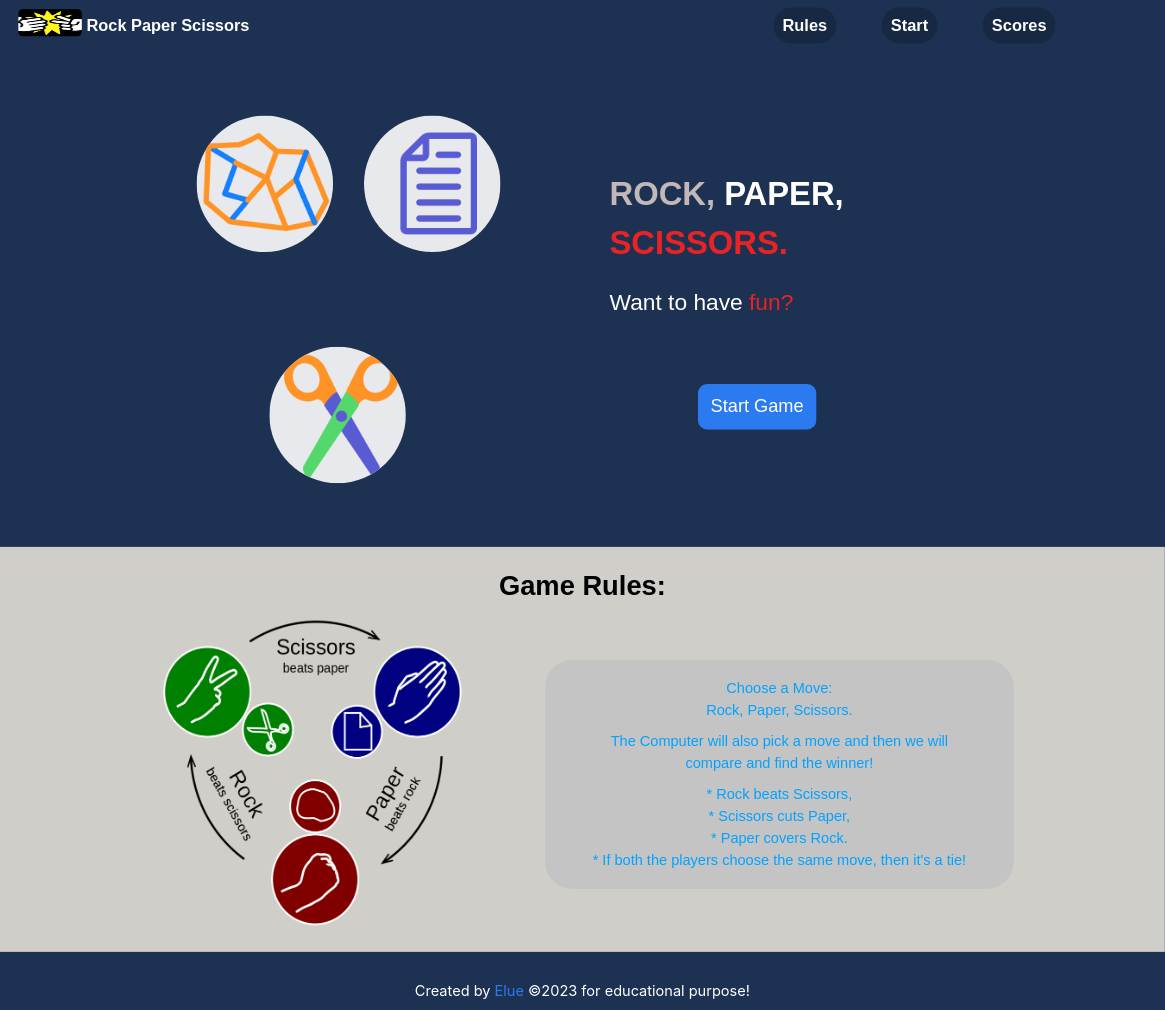
Repository: MikkyPrestige/rock-paper-scissors
Page: index.html
The author's editor kept a copy of each file at every save. The page is drawn from the files as they stood at one save, then again after the next save.
The browser window is 1280 px wide. The pictures show the whole page, at 91% of full size.

Above is the page before, as saved 2023-05-08 06:31:53.

### index.html
<!DOCTYPE html>
<html lang="en">

<head>
  <meta charset="UTF-8">
  <meta http-equiv="X-UA-Compatible" content="IE=edge">
  <meta name="viewport" content="width=device-width, initial-scale=1.0">
  <title>Rock, Paper or Scissors Game</title>
  <link rel="stylesheet" href="./index.css">
  <!-- <script src="./index.js" defer></script> -->
</head>

<body>
  <main>
    <header>
      <figure class="headerLogo">
        <a href="/">
          <img src="./img/logo.png" alt="Logo" class="logo">
        </a>
        <figcaption class="headerLogoCaption">Rock Paper Scissors</figcaption>
      </figure>
      <nav>
        <ul>
          <li><a href="#rule">Rules</a></li>
          <li><a href="./game.html">Start</a></li>
          <li><a href="#">Scores</a></li>
        </ul>
      </nav>
    </header>
    <section class="home">
      <div class="images">
        <img src="./img/Rock.gif" alt="Rock image" class="img rock">
        <img src="./img/Paper.gif" alt="Paper image" class="img paper">
        <img src="./img/Scissors.gif" alt="Scissors image" class="img scissors">
      </div>
      <div class="content">
        <h1 class="content--title"><span class="content-rock">Rock,</span> Paper, <span
            class="content-scissors">Scissors.</span></h1>
        <p class="content--text">Want to have <span class="fun">fun?</span></p>
        <button class="btn">
          <a href="./game.html">Start Game</a>
        </button>
      </div>
    </section>

    <section class="rule" id="rule">
      <div class="rule--container">
        <h2 class="rule--title">Game Rules:</h2>
        <div class="rule--content">
          <img src="./img/image.png" alt="Game image" class="rule--img">
          <div class="rule--para">
            <p class="rule--text">Choose a Move: <br>Rock, Paper, Scissors.</p>
            <p class="rule--text">The Computer will also pick a move and then we will compare and find the winner!</p>
            <p class="rule--text">* Rock beats Scissors, <br> * Scissors cuts Paper, <br> * Paper covers Rock. <br> * If
              both the players choose the same move, then it's a tie!</p>
          </div>
        </div>
        <!-- <button type="submit" class="btn">New Game</button> -->
      </div>
    </section>

    <footer>
      <p class="footer--text">Created by <a href="#" target="_blank" class="footer--link">Elue</a> &copy;2023 for
        educational purpose!</p>
    </footer>
  </main>
</body>

</html>

### index.css
*,
*::after,
*::before {
  box-sizing: border-box;
  margin: 0;
  padding: 0;
}

html {
  font-size: 62.5%;
}

body {
  font-family: "Fira Sans", sans-serif;
  font-size: 1.6rem;
  line-height: 1.5;
  background: rgba(29, 50, 83, 1);
  color: rgba(255, 255, 255, 1);
  width: 100%;
  height: 100%;
}

main {
  display: flex;
  flex-direction: column;
  justify-content: center;
  align-items: center;
  gap: 2rem;
  height: 100%;
  width: 100%;
}

header {
  display: flex;
  justify-content: space-between;
  align-items: center;
  padding: 1rem 2rem;
  width: 100%;
  height: auto;
}

figure {
  display: flex;
  align-items: center;
  gap: .5rem;
  height: auto;
}

.logo {
  width: 7rem;
  height: 3rem;
  border-radius: .5rem;
  -webkit-border-radius: .5rem;
  -moz-border-radius: .5rem;
  -ms-border-radius: .5rem;
  -o-border-radius: .5rem;
}

figcaption {
  font-size: 1.8rem;
  font-weight: 600;
  color: rgba(255, 255, 255, 1);
}

nav {
  height: auto;
  margin-right: 10rem;
}

ul {
  display: flex;
  justify-content: center;
  align-items: center;
  gap: 5rem;
  list-style: none;
}

li a {
  font-size: 1.8rem;
  font-weight: 600;
  color: rgba(255, 255, 255, 1);
  background: linear-gradient(0deg, rgba(0, 0, 0, 0.2), rgba(0, 0, 0, 0.2)), #1D3253;
  text-decoration: none;
  padding: 1rem;
  border-radius: 2rem;
}

li a:hover {
  background: rgba(255, 255, 255, 1);
  color: rgba(29, 50, 83, 1);
  text-decoration: underline;
}

.home {
  display: flex;
  justify-content: center;
  align-items: center;
  width: 100%;
  height: 70vh;
}

.images {
  position: relative;
  height: 100%;
  flex-basis: 30%;
}

.img {
  background: rgba(253, 253, 253, 0.9);
  border-radius: 50%;
  -webkit-border-radius: 50%;
  -moz-border-radius: 50%;
  -ms-border-radius: 50%;
  -o-border-radius: 50%;
  width: 15rem;
  height: 15rem;
}

.rock {
  position: absolute;
  top: 5rem;
  left: 0rem;
}

.paper {
  position: absolute;
  top: 5rem;
  right: 5rem;
}

.scissors {
  position: absolute;
  bottom: 5rem;
  left: 8rem;
}

.content {
  display: flex;
  flex-direction: column;
  justify-content: center;
  align-items: center;
  gap: 2rem;
}

.content--title {
  font-size: 3.6rem;
  font-weight: 600;
  width: 70%;
  text-transform: uppercase;
}

.content-rock {
  color: rgba(195, 183, 183, 1);
}

.content-scissors {
  color: rgba(233, 35, 35, 1);
}

.content--text {
  font-size: 2.5rem;
  font-weight: 400;
  width: 70%;
}

.fun {
  color: rgba(233, 35, 35, 1);
}

.btn {
  width: 13rem;
  height: 5rem;
  background: #2C7AF0;
  border-radius: 1rem;
  -webkit-border-radius: 1rem;
  -moz-border-radius: 1rem;
  -ms-border-radius: 1rem;
  -o-border-radius: 1rem;
  border: none;
  margin-top: 5rem;
  transition: all .3s ease-in-out;
  -webkit-transition: all .3s ease-in-out;
  -moz-transition: all .3s ease-in-out;
  -ms-transition: all .3s ease-in-out;
  -o-transition: all .3s ease-in-out;
}

.btn a {
  text-decoration: none;
  font-size: 2rem;
  color: rgba(255, 255, 255, 1);
  cursor: pointer;
}

.btn a:hover {
  color: rgba(44, 122, 240, 1);
}

.btn:hover {
  background: rgba(255, 255, 255, .7);
}

.rule {
  width: 100%;
  height: 100%;
  background: #D0CEC9;
}

.rule--container {
  display: flex;
  flex-direction: column;
  justify-content: center;
  align-items: center;
  gap: 1rem;
  margin: 2rem;
}

.rule--title {
  font-size: 3rem;
  font-weight: 600;
  color: #000;
}

.rule--content {
  display: flex;
  justify-content: space-around;
  align-items: center;
}

.rule--img {
  width: 35rem;
  height: 35rem;
}

.rule--para {
  background: #C4C4C4;
  width: 50%;
  text-align: center;
  padding: 2rem 5rem;
  border-radius: 3rem;
  -webkit-border-radius: 3rem;
  -moz-border-radius: 3rem;
  -ms-border-radius: 3rem;
  -o-border-radius: 3rem;
  display: flex;
  flex-direction: column;
  justify-content: center;
  align-items: center;
  gap: 1rem;
}

.rule--text {
  color: rgba(0, 163, 255, 1);
}

.game {
  display: flex;
  flex-direction: column;
  justify-content: center;
  align-items: center;
  gap: 2rem;
  width: 100%;
  height: 100%;
}

.game--title {
  font-size: 3rem;
  font-weight: 600;
  margin: 2rem;
}

footer {
  margin: 1rem auto;
}

.footer--text {
  font-family: "Inter";
}

.footer--link {
  color: rgba(44, 122, 240, 1);
  text-decoration: none;
}

After the next save:
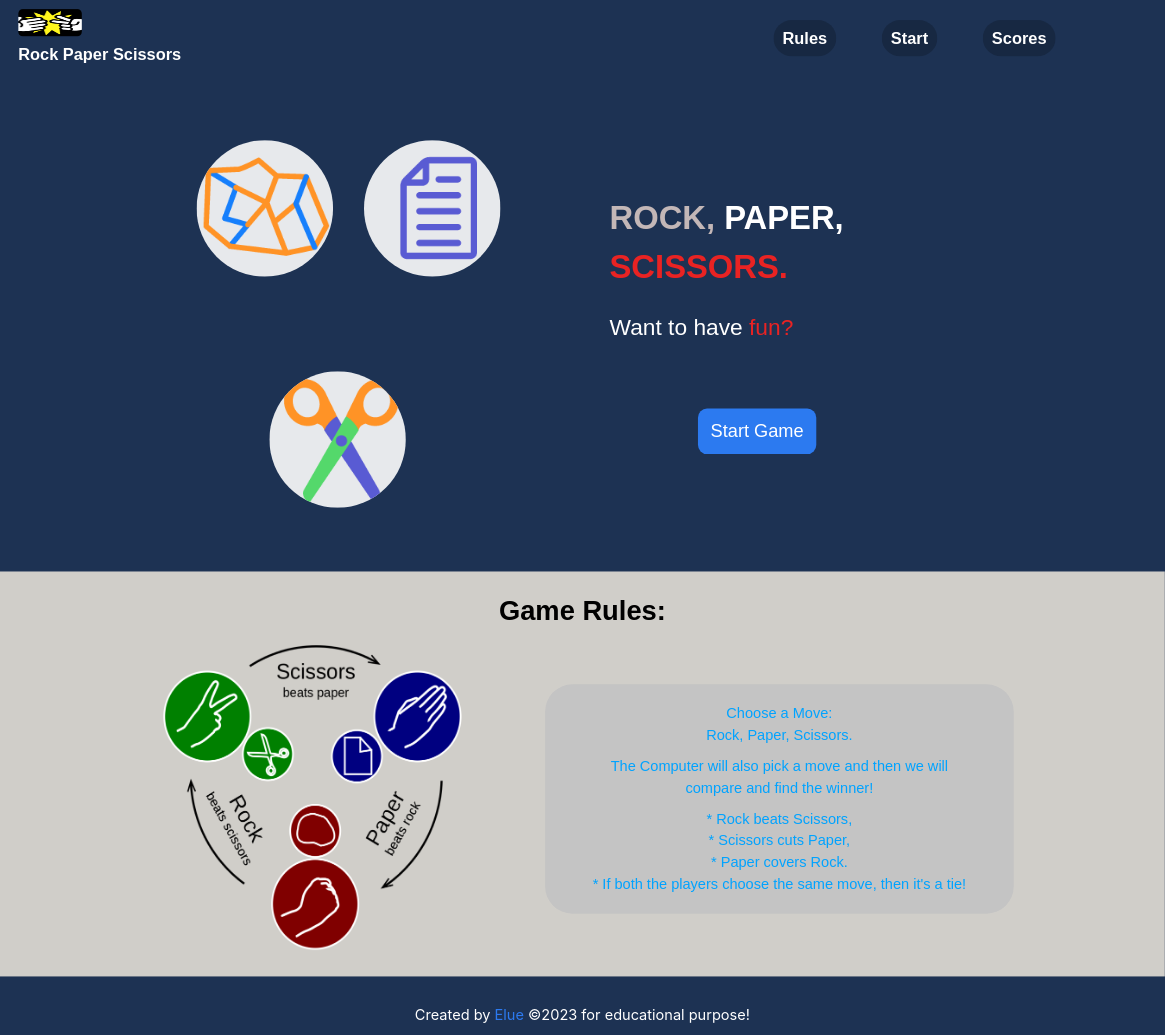
Saved 7 s later.
--- a/index.css
+++ b/index.css
@@ -39,7 +39,7 @@
   height: auto;
 }
 
-figure {
+figur {
   display: flex;
   align-items: center;
   gap: .5rem;

After the 2 saves that followed:
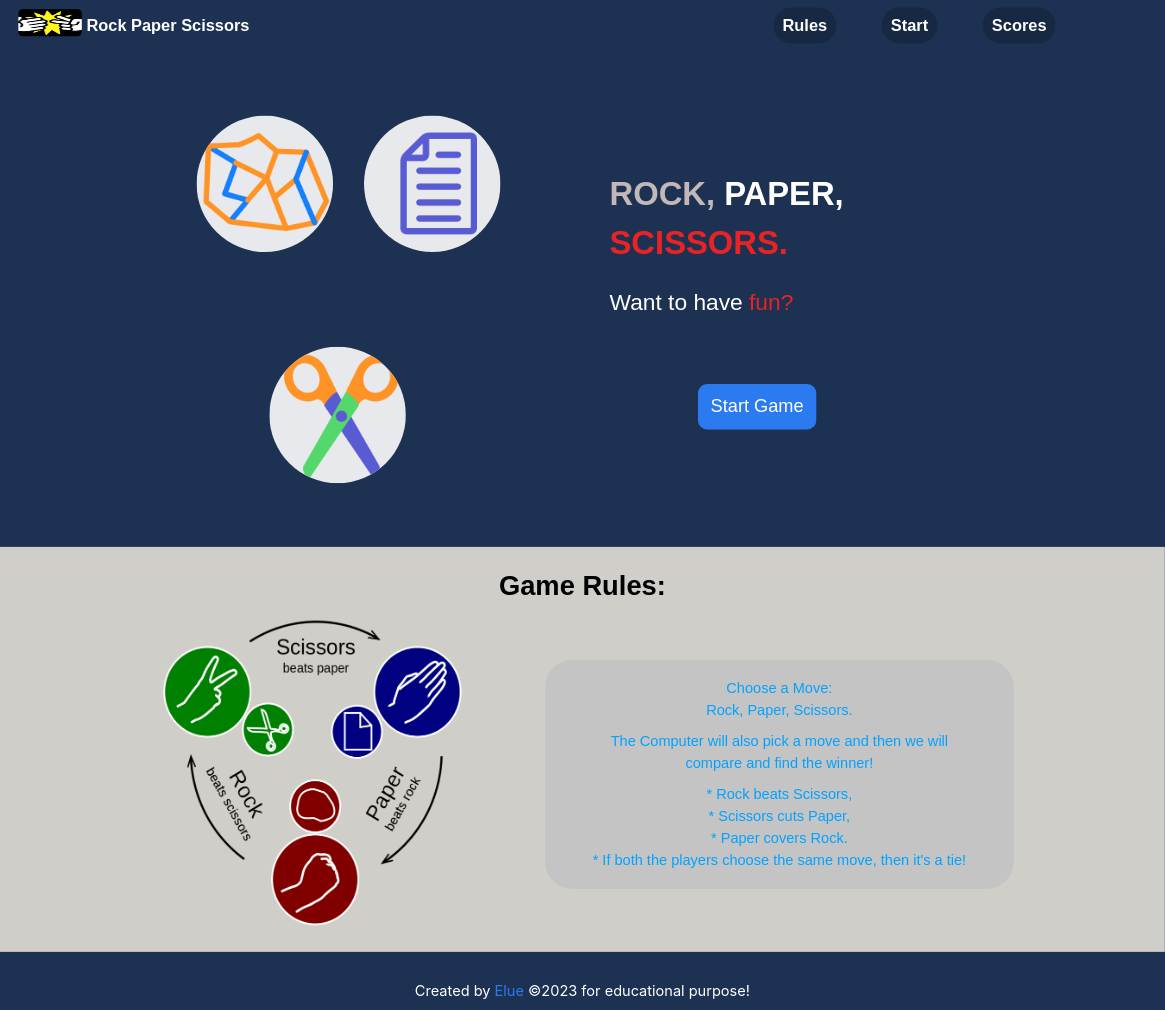
The 2 saves are shown as one change because 1 left the picture as it was.
The last was saved 43 s later.
--- a/index.html
+++ b/index.html
@@ -17,7 +17,7 @@
         <a href="/">
           <img src="./img/logo.png" alt="Logo" class="logo">
         </a>
-        <figcaption class="headerLogoCaption">Rock Paper Scissors</figcaption>
+        <figcaption class="logoCaption">Rock Paper Scissors</figcaption>
       </figure>
       <nav>
         <ul>
--- a/index.css
+++ b/index.css
@@ -39,7 +39,7 @@
   height: auto;
 }
 
-figur {
+.headerLogo {
   display: flex;
   align-items: center;
   gap: .5rem;
